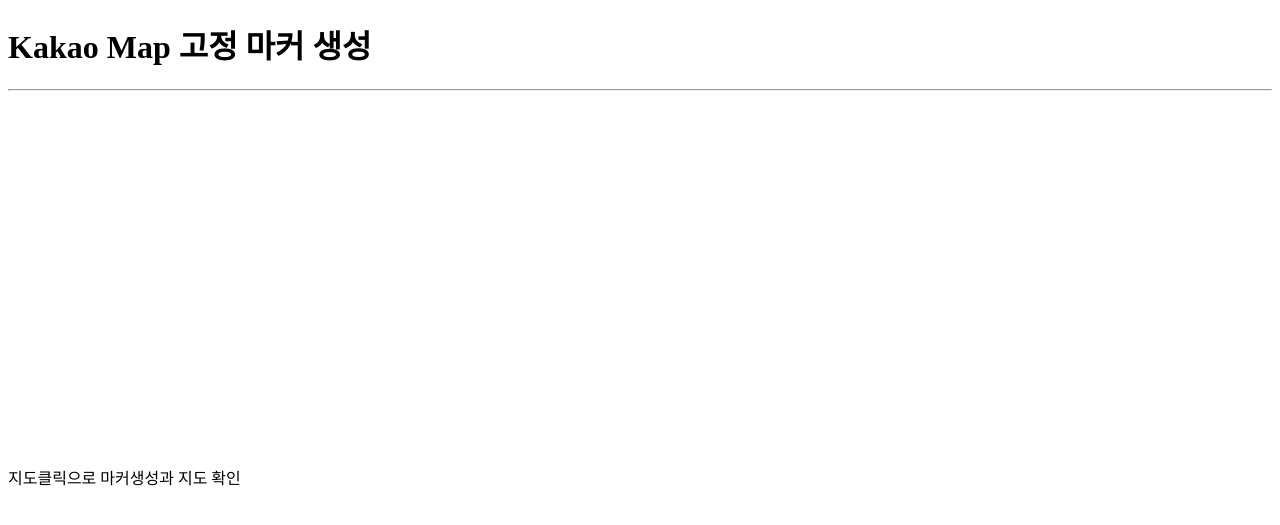
Repository: DongHyenYoo/DongHyen
Page: KakaoMapStudy/MapApp01/WebContent/MapTest013.html
The author's editor kept a copy of each file at every save. The page is drawn from the files as they stood at one save, then again after the next save.
The browser window is 1280 px wide. The pictures show the whole page.

Above is the page before, as saved 2023-01-02 03:38:43.
Console error: ReferenceError: initialize is not defined

After the next save:
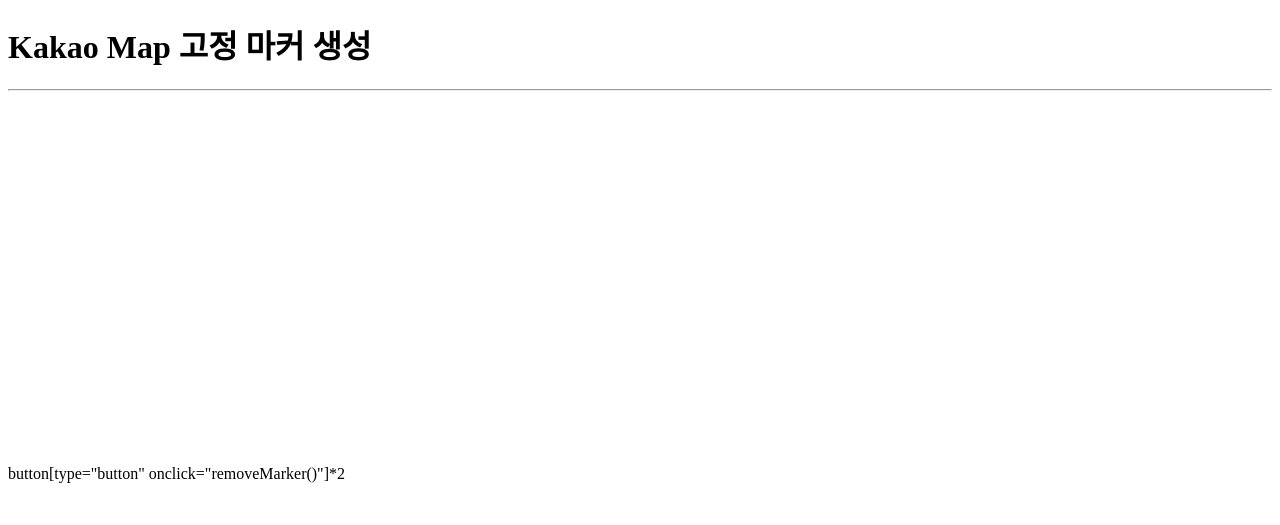
Saved 50 s later.
--- a/KakaoMapStudy/MapApp01/WebContent/MapTest013.html
+++ b/KakaoMapStudy/MapApp01/WebContent/MapTest013.html
@@ -15,11 +15,9 @@
 <div id="map" style="width: 100%; height: 350px;"></div>
 
 
- <p>
-      지도클릭으로 마커생성과 지도 확인
+   <p>
+      button[type="button" onclick="removeMarker()"]*2
    </p>
-<div id="result">
-</div>
 
 </body>
 </html>
